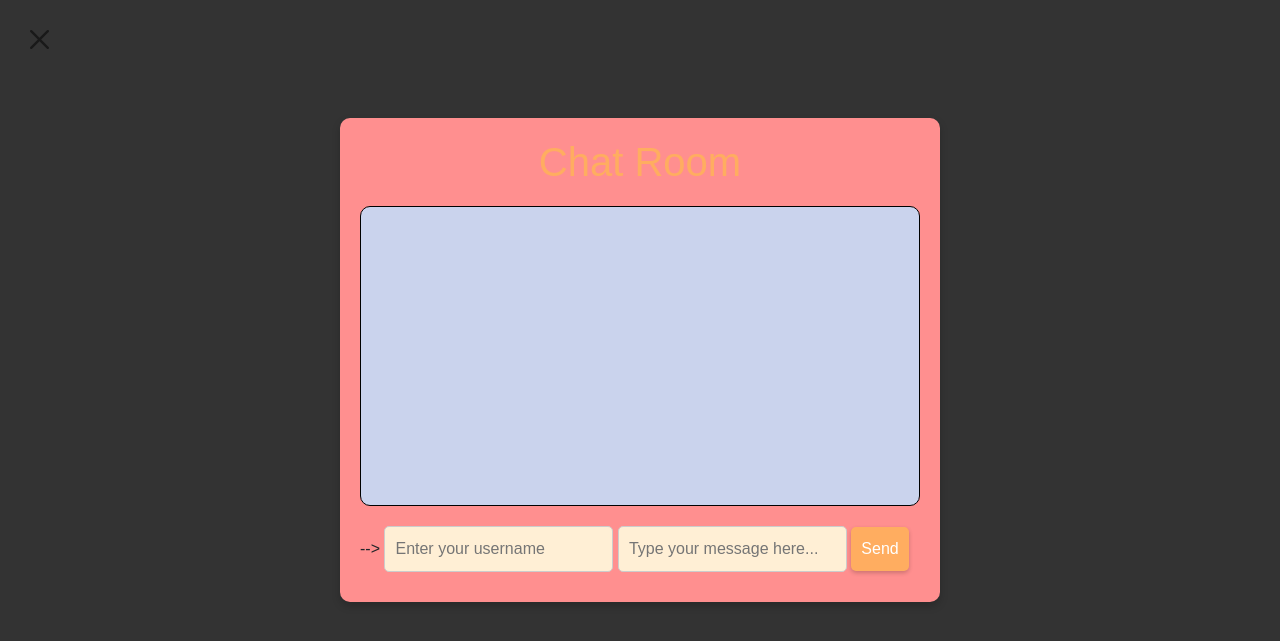
Repository: Sanjana-Inapakolla/Find-your-Roomie-website
Page: http://localhost/MiniProject/AfterSend
The author's editor kept a copy of each file at every save. The page is drawn from the files as they stood at one save, then again after the next save.
The browser window is 1280 px wide. The pictures show the whole page.
The page is served by Tomcat 10. Other server files are loaded and not shown. Queries for data that is not in the repository find no rows.

Above is the page before, as saved 2024-11-13 09:31:55.

### mini-project(jfst)/MiniProject/src/main/webapp/chat.jsp
<%@ page language="java" contentType="text/html; charset=UTF-8"
	pageEncoding="UTF-8"%>
<%@ page import="java.util.*, java.io.*,jakarta.servlet.*,java.sql.*"%>
<%@ page import="form.DbConnect" %>
<%@ page import="chat.Pair_messages" %>

<!DOCTYPE html>
<html lang="en">
<head>
<meta charset="UTF-8">
<meta name="viewport" content="width=device-width, initial-scale=1.0">
<title>Chat Application</title>
<link href="https://cdn.jsdelivr.net/npm/bootstrap@5.3.3/dist/css/bootstrap.min.css" rel="stylesheet" integrity="sha384-QWTKZyjpPEjISv5WaRU9OFeRpok6YctnYmDr5pNlyT2bRjXh0JMhjY6hW+ALEwIH" crossorigin="anonymous">
<style>
body {
	display: flex;
	justify-content: center;
	align-items: center;
	height: 100vh;
	margin: 0;
	background-color:#333;
	font-family: Arial, sans-serif;
}

.chat-container {
	background-color: #ff8f8f ;
	padding: 20px;
	border-radius: 10px;
	box-shadow: 0 4px 8px rgba(0, 0, 0, 0.2);
	width: 600px;
}

h1 {
	text-align: center;
	color: #ffad60;
	margin-bottom: 20px;
}

#chatWindow {
	border: 1px solid black;
	height: 300px;
	overflow-y: scroll;
	padding: 10px;
	background-color: #cad3ed;
	border-radius: 10px;
	margin-bottom: 20px;
}

.form-container {
	display: flex;
	flex-direction: column;
}

input[type="text"], input[type="submit"], input[type="text"]#username {
	background-color: #ffefd5;
	border: 1px solid #ccc;
	padding: 10px;
	border-radius: 5px;
	margin-bottom: 10px;
}

input[type="submit"] {
	background-color: #ffad60;
	border: none;
	color: white;
	cursor: pointer;
	box-shadow: 0 2px 4px rgba(0, 0, 0, 0.2);
}

input[type="submit"]:hover {
	background-color: #ff9940;
}
 .btn-close {
    position: absolute;
    top: 20px;
    left: 20px;
    width: 30px;
    height: 30px;
    font-size: 1.2rem;
  }
</style>


</head>
<body>
<button type="button" class="btn-close" aria-label="Close" onclick="window.location.href='home.html';"></button>
	<div class="chat-container">
		<h1>Chat Room</h1>

		<div id="chatWindow">
    <%
    List<Pair_messages> m = (List<Pair_messages>) request.getAttribute("chats");
    if (m != null && !m.isEmpty()) {
        for (Pair_messages p : m) {
    %>
            <p> <%= p.getUsername()%>:
           <%= p.getMessage() %></p>
    <%
        }
    }
    %>
</div>


		<div class="form-container">
			<form action="sendMessagesServlet" method="POST">-->

				<input type="text" id="username" name="username"
					placeholder="Enter your username" required> <input
					type="text" id="message" name="message" placeholder="Type your message here..."
					required> <input type="submit" value="Send" >
			</form>

		</div>
	</div>

<script src="https://cdn.jsdelivr.net/npm/bootstrap@5.3.3/dist/js/bootstrap.bundle.min.js" integrity="sha384-YvpcrYf0tY3lHB60NNkmXc5s9fDVZLESaAA55NDzOxhy9GkcIdslK1eN7N6jIeHz" crossorigin="anonymous"></script>
</body>
</html>

### mini-project(jfst)/MiniProject/src/main/java/chat/AfterSend.java
package chat;

import jakarta.servlet.ServletException;
import jakarta.servlet.annotation.WebServlet;
import jakarta.servlet.http.HttpServlet;
import jakarta.servlet.http.HttpServletRequest;
import jakarta.servlet.http.HttpServletResponse;
import java.io.IOException;
import java.io.PrintWriter;
import java.util.ArrayList;
import java.util.List;

import form.DbConnect;

/**
 * Servlet implementation class AfterSend
 */
@WebServlet("/AfterSend")
public class AfterSend extends HttpServlet {
	private static final long serialVersionUID = 1L;

    /**
     * @see HttpServlet#HttpServlet()
     */
    public AfterSend() {
        super();
        // TODO Auto-generated constructor stub
    }

	/**
	 * @see HttpServlet#doGet(HttpServletRequest request, HttpServletResponse response)
	 */
	protected void doGet(HttpServletRequest request, HttpServletResponse response) throws ServletException, IOException {
		DbConnect db=new DbConnect();
		List<Pair_messages> messages=new ArrayList<>();
		messages=db.retrieveMessages();
		request.setAttribute("chats", messages);
		System.out.print("request set");
		request.getRequestDispatcher("chat.jsp").forward(request, response);
	}

	/**
	 * @see HttpServlet#doPost(HttpServletRequest request, HttpServletResponse response)
	 */
	protected void doPost(HttpServletRequest request, HttpServletResponse response) throws ServletException, IOException {
		// TODO Auto-generated method stub
		doGet(request, response);
	}

}

### mini-project(jfst)/MiniProject/src/main/java/form/DbConnect.java
package form;

import java.nio.charset.StandardCharsets;
import java.security.MessageDigest;
import java.security.SecureRandom;
import java.sql.*;
import java.util.ArrayList;
import java.util.Arrays;
import java.util.List;

import chat.Pair_messages;

public class DbConnect {
	private static final String DB_URL = "jdbc:mysql://localhost:3306/jfst";
    private static final String USER = "root";
    private static final String PASSWORD = "MYSQL";

   /* public static void main(String args[]) {
    	try (Connection conn = DriverManager.getConnection(DB_URL, USER, PASSWORD)) {
            System.out.println("Connection successful!");
            getAllUsers("khloe");
        } catch (SQLException e) {
            e.printStackTrace();
        }
    }*/
 /*   public static void add() throws SQLException {
    	String query="UPDATE users SET name=? WHERE email=?";
    	try(Connection con=getConnection(); PreparedStatement pstmt=con.prepareStatement(query)){
    		pstmt.setString(1,"skunk");
    		pstmt.setString(2, "skunk@gmail.com");
    		int rowsAffected=pstmt.executeUpdate();
    		System.out.print(rowsAffected);

    	}


    }*/

    public static Connection getConnection() throws SQLException {
    	try {
			Class.forName("com.mysql.cj.jdbc.Driver");
		} catch (ClassNotFoundException e) {
			// TODO Auto-generated catch block
			e.printStackTrace();
		}
        return DriverManager.getConnection(DB_URL, USER, PASSWORD);
    }

    public boolean updateUserProfile(User user) {
    	String query="UPDATE users SET contact = ?, city = ?, area = ?, job = ? WHERE email = ?";
    	try (Connection conn = getConnection();
                PreparedStatement pstmt = conn.prepareStatement(query)){
    		pstmt.setString(1,user.getContact());
    		pstmt.setString(2, user.getCity());
    		pstmt.setString(3,user.getArea());
    		pstmt.setString(4,user.getJob());
    		pstmt.setString(5,user.getEmail());

    		int rowsAffected=pstmt.executeUpdate();
    		return rowsAffected>0;

    	}
    	catch(Exception e) {
    		e.printStackTrace();
    		return false;
    	}
    }

    public User getUserDetails(String email) {
    	 String query = "SELECT * FROM users WHERE email = ?";
    	    try (Connection conn = getConnection();
    	         PreparedStatement pstmt = conn.prepareStatement(query)) {
    	        pstmt.setString(1, email);
    	        ResultSet rs = pstmt.executeQuery();
    	        if (rs.next()) {
    	            return new User(
    	                rs.getString("email"),
    	                rs.getString("name"),
    	                rs.getString("gender"),
    	                rs.getDate("dob"),
    	                rs.getString("contact"),
    	                rs.getInt("age"),
    	                rs.getString("city"),
    	                rs.getString("area"),
    	                rs.getString("job"),
    	                rs.getString("native_place"),
    	                rs.getString("mother_tongue"),
    	                rs.getString("smoke"),
    	                rs.getString("drink"),
    	                rs.getString("diet")
    	            );
    	        }
    	    } catch (SQLException e) {
    	        e.printStackTrace();
    	    }
    	    return null;

    }

    public static List<User> getAllUsers(String email){
    	String query="SELECT * FROM users WHERE status = ? AND email <> ?";

    	List<User> list=new ArrayList<>();
    	 try (Connection conn = getConnection();
    	         PreparedStatement pstmt = conn.prepareStatement(query)) {
    	        pstmt.setString(1, "active");
    	        pstmt.setString(2, email);
    	        ResultSet rs = pstmt.executeQuery();
    	        while (rs.next()) {
    	        	System.out.print(rs.getString("name"));
    	            list.add( new User(
    	                rs.getString("email"),
    	                rs.getString("name"),
    	                rs.getString("gender"),
    	                rs.getDate("dob"),
    	                rs.getString("contact"),
    	                rs.getInt("age"),
    	                rs.getString("city"),
    	                rs.getString("area"),
    	                rs.getString("job"),
    	                rs.getString("native_place"),
    	                rs.getString("mother_tongue"),
    	                rs.getString("smoke"),
    	                rs.getString("drink"),
    	                rs.getString("diet")
    	            ));
    	        }
    	    } catch (SQLException e) {
    	        e.printStackTrace();
    	    }
    	    return list;

    }

    public  boolean addUserDetails(User user,String email) {
    	String query = "UPDATE users SET name=?, gender=?, dob=?, contact=?, age=?, city=?, area=?, job=?, native_place=?, mother_tongue=?, smoke=?, drink=?, diet=? WHERE email=?";

    	try(Connection con=getConnection(); PreparedStatement pstmt=con.prepareStatement(query)){
    		pstmt.setString(1, user.getName());
    		pstmt.setString(2, user.getGender());
    	    pstmt.setDate(3, user.getDob());
    	    pstmt.setString(4, user.getContact());
    	    pstmt.setInt(5, user.getAge());
    	    pstmt.setString(6, user.getCity());
    	    pstmt.setString(7, user.getArea());
    	    pstmt.setString(8, user.getJob());
    	    pstmt.setString(9, user.getNative_place());
    	    pstmt.setString(10, user.getMother_tongue());
    	    pstmt.setString(11, user.getSmoke());
    	    pstmt.setString(12, user.getDrink());
    	    pstmt.setString(13, user.getDiet());
    	    pstmt.setString(14, email);

    	    int rowsAffected=pstmt.executeUpdate();
    	    return rowsAffected>0;
    	}
    	catch(Exception e) {
    		e.printStackTrace();
    		return false;
    	}

    }
    //user form ends here

    //login-signup starts
    public static String registerUser(String username, String email, String password) {
    	if(userExists(username)) {
    		System.out.println("User exists");
    		return "User exists";
    	}
    	if(emailExists(email)) {
    		System.out.println("User with same email exists");
    		return "User with same email exists";
    	}
        String query = "INSERT INTO users (username, email, password, salt) VALUES (?, ?, ?, ?)";
        byte[][] salt_pwd = encrypt(password.getBytes(StandardCharsets.UTF_8));
        byte[] encrypted_pwd = salt_pwd[1];
        byte[] salt = salt_pwd[0];
        try (Connection conn = getConnection();
             PreparedStatement pstmt = conn.prepareStatement(query)) {
            pstmt.setString(1, username);
            pstmt.setString(2, email);
            pstmt.setBytes(3, encrypted_pwd);
            pstmt.setBytes(4, salt);

            int rowsAffected = pstmt.executeUpdate();
            if(rowsAffected > 0) return "Success!";
        } catch (SQLException e) {
            e.printStackTrace();
            return "Something went wrong";
        }
        return "Something went wrong";
    }

    public static String loginUser(String email, String password) {
    	String getStored = "SELECT password, salt FROM users WHERE email= ? ";
    	try {
    		Connection conn = getConnection();
            PreparedStatement pstmt = conn.prepareStatement(getStored);
            pstmt.setString(1, email);
            ResultSet rs = pstmt.executeQuery();
            if(!rs.next()) {

            	System.out.println("No such user");
            	return "No such user";
            }
            	byte[] stored_pwd = rs.getBytes(1);
            	byte[] salt = rs.getBytes(2);
            	if(passwordMatch(password,salt,stored_pwd)) {
            		System.out.println("Success!");
            		return "Success!";
            	}
            	else {
            		System.out.println("Wrong password");
            		return "Wrong password";
            	}


    	}catch(Exception e) {
    		e.printStackTrace();
    	}
    	return "Something went wrong";
    }

    public static byte[][] encrypt(byte[] plainTxt){
        // returns the hashed salt[0] and password used[1]
        SecureRandom random = new SecureRandom();
        byte[] salt = new byte[16];
        random.nextBytes(salt);
        try {
            MessageDigest md = MessageDigest.getInstance("SHA-512");
            md.update(salt);
            byte[] hashedPassword = md.digest(plainTxt);
            return new byte[][]{salt, hashedPassword};

        }catch (Exception e){
            System.out.println("Something went wrong with hashing");
            return new byte[][]{null, null};
        }
    }

    public static boolean passwordMatch(String plainTxt, byte[] salt, byte[] stored){
        try {
            MessageDigest md = MessageDigest.getInstance("SHA-512");
            md.update(salt);
            byte[] hashedPassword = md.digest(plainTxt.getBytes(StandardCharsets.UTF_8));
            return Arrays.equals(hashedPassword, stored);
        }catch (Exception e){
            System.out.println("Something went wrong..");
            return false;
        }
    }
    public static boolean userExists(String uname){
        String query = "SELECT username FROM users WHERE username = ? ";
        Connection conn;
		try {
			conn = getConnection();
			PreparedStatement pstmt = conn.prepareStatement(query);
			pstmt.setString(1, uname);
	        ResultSet rs = pstmt.executeQuery();
	        if(rs.next()) {
	        	System.out.println("User exists");
	        	return true;
	        }
	        else {
	        	return false;
	        }
		} catch (SQLException e) {
			// TODO Auto-generated catch block
			e.printStackTrace();
		}
        return false;
    }
    public static boolean emailExists(String em){
    	String query = "SELECT email FROM users WHERE email = ? ";
        Connection conn;
		try {
			conn = getConnection();
			PreparedStatement pstmt = conn.prepareStatement(query);
			pstmt.setString(1, em);
	        ResultSet rs = pstmt.executeQuery();
	        if(rs.next()) {
	        	System.out.println("User with same email exists");
	        	return true;
	        }
	        else {
	        	return false;
	        }
		} catch (SQLException e) {
			// TODO Auto-generated catch block
			e.printStackTrace();
		}
        return false;
    }
    //login signup code ends here

    //discussion forum

    public  void addMessages(String username,String message) {
		System.out.print("i am inside add");
		String query="INSERT INTO messages (username , message) values (?,?)";
		try (Connection conn=getConnection();
				PreparedStatement pstmt= conn.prepareStatement(query)){
			System.out.print("i am inside add-try");
			pstmt.setString(1,username);
			pstmt.setString(2,message);
			int rows=pstmt.executeUpdate();
			System.out.print(rows>0);

		}catch(Exception e) {
			e.printStackTrace();
		}
	}


	public List<Pair_messages> retrieveMessages() {
		List<Pair_messages> list=new ArrayList<>();
		String query = "SELECT * FROM messages ORDER BY timestamp DESC";
		try (Connection conn=getConnection();
				PreparedStatement pstmt= conn.prepareStatement(query)){
			System.out.print("i am inside retreive-try");

            ResultSet rs = pstmt.executeQuery();
            while(rs.next()) {
            	list.add(new Pair_messages(rs.getString("username"),rs.getString("message")));
            }


		}catch(Exception e) {
			e.printStackTrace();
		}
		return list;
	}

	// discussion forum ends

	//reviews
	public void addReview (String email,String hostel_name ,String hostel_city , String hostel_area,String review_text) throws SQLException {
		String query="INSERT INTO reviews (email_id,hostel_name,hostel_city,hostel_area,review_text)  values (?,?,?,?,?)";
		try(Connection conn=getConnection();PreparedStatement pstmt= conn.prepareStatement(query)){
			    pstmt.setString(1,email);
            	pstmt.setString(2,hostel_name);
            	pstmt.setString(3,hostel_city);
            	pstmt.setString(4,hostel_area);
            	pstmt.setString(5,review_text);

           int rows=pstmt.executeUpdate();
           System.out.println(rows>0);
		}
		catch(Exception e) {
			e.printStackTrace();
		}
	}

	public List<String> retrieveReview (String hostel) {
		String query="SELECT review_text FROM reviews WHERE hostel_name= ?";
		List<String> reviews= new ArrayList<>();
		try(Connection conn=getConnection();PreparedStatement pstmt= conn.prepareStatement(query)){
		    pstmt.setString(1,hostel);

		    ResultSet rs= pstmt.executeQuery();
		    while (rs.next()) {
		    	System.out.println("Review exists");
		    	reviews.add(rs.getString("review_text"));
		    }

		}catch(SQLException e) {
			e.printStackTrace();
		}
		if(reviews.size()==0) {
			System.out.print("no reviews");
		}
		return reviews;
	}

	//review ends


}

After the next save:
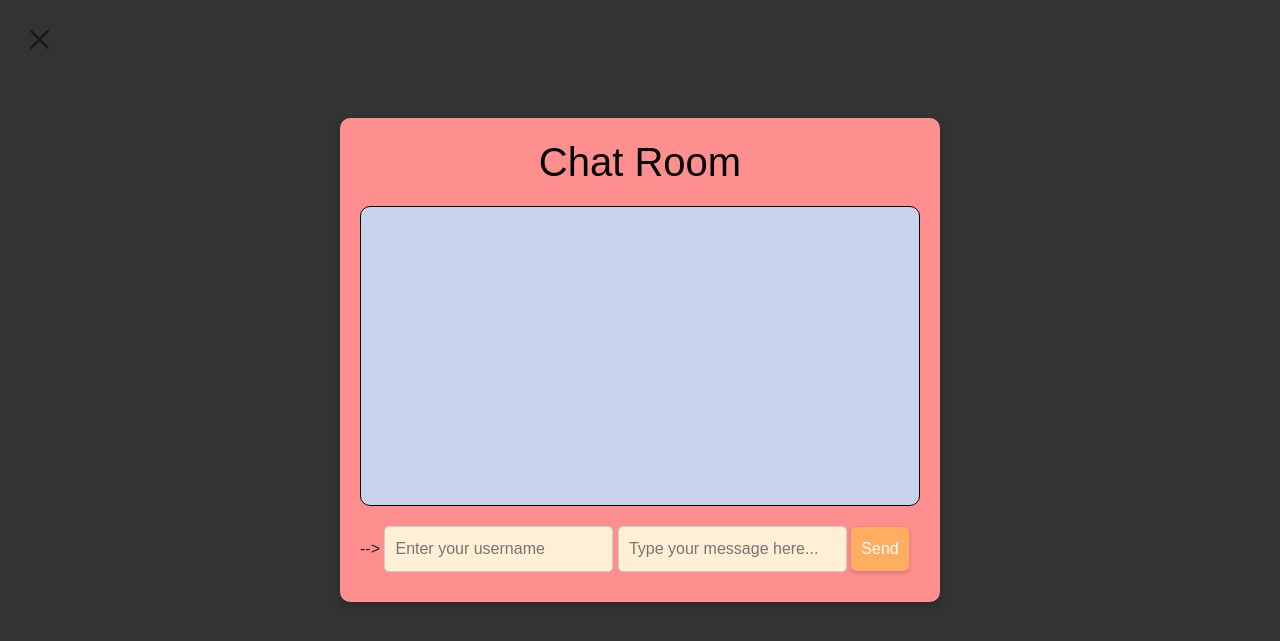
Saved 14 s later.
--- a/mini-project(jfst)/MiniProject/src/main/webapp/chat.jsp
+++ b/mini-project(jfst)/MiniProject/src/main/webapp/chat.jsp
@@ -32,7 +32,7 @@ body {
 
 h1 {
 	text-align: center;
-	color: #ffad60;
+	color: #000000;
 	margin-bottom: 20px;
 }
 
